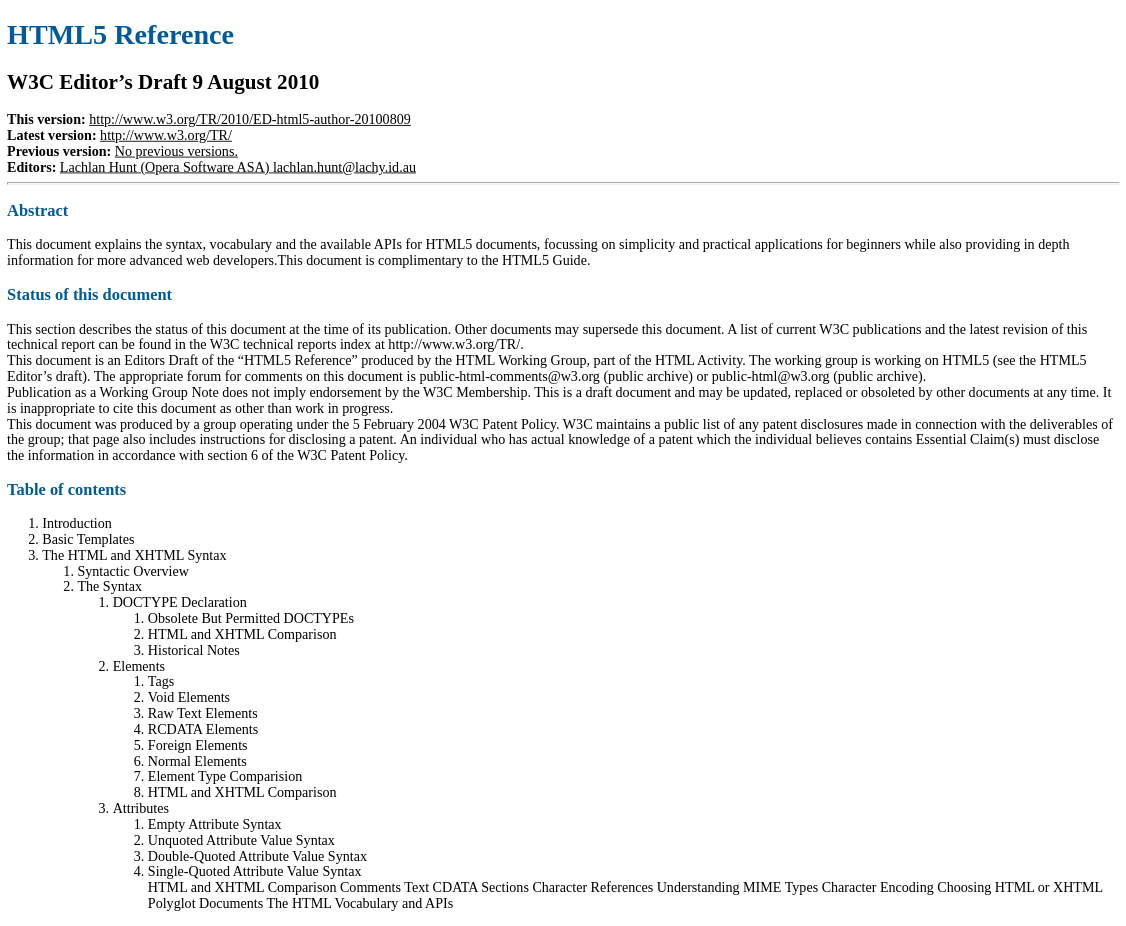
Repository: sinsujung/client
Page: ClientTest/src/main/webapp/문제/ex05.html
These files come from the project's save history. The page is drawn as it stood at one moment and after the next save; the edit follows.
The browser window is 1280 px wide. The pictures show the whole page, at 88% of full size.

Above is the page before, as saved 2023-09-20 08:31:00.

### ClientTest/src/main/webapp/문제/ex05.html
<!DOCTYPE html>
<html>
<head>
<meta charset="UTF-8">
<title>Insert title here</title>
</head>
<body>
<h1><font color="#005A9C">HTML5 Reference</font></h1>
<h2>W3C Editor’s Draft 9 August 2010</h2>
<strong>This version:</strong>
<u>http://www.w3.org/TR/2010/ED-html5-author-20100809</u>
<br>
<strong>Latest version:</strong>
<u>http://www.w3.org/TR/</u>
<br>
<strong>Previous version:</strong>
<u>No previous versions.</u>
<br>
<strong>Editors:</strong>
<u>Lachlan Hunt (Opera Software ASA) lachlan.hunt@lachy.id.au</u>
<br>
<hr size = "3">
<h3><font color="#005A9C">Abstract</font></h3>
This document explains the syntax, vocabulary and the available APIs for HTML5 documents, focussing on simplicity and practical applications for beginners while also providing in depth information for more advanced web developers.This document is complimentary to the HTML5 Guide.
<br>
<h3><font color="#005A9C">Status of this document</font></h3>
This section describes the status of this document at the time of its publication. Other documents may supersede this document. A list of current W3C publications and the latest revision of this technical report can be found in the W3C technical reports index at http://www.w3.org/TR/.
<br>
This document is an Editors Draft of the “HTML5 Reference” produced by the HTML Working Group, part of the HTML Activity. The working group is working on HTML5 (see the HTML5 Editor’s draft). The appropriate forum for comments on this document is public-html-comments@w3.org (public archive) or public-html@w3.org (public archive).
<br>
Publication as a Working Group Note does not imply endorsement by the W3C Membership. This is a draft document and may be updated, replaced or obsoleted by other documents at any time. It is inappropriate to cite this document as other than work in progress.
<br>
This document was produced by a group operating under the 5 February 2004 W3C Patent Policy. W3C maintains a public list of any patent disclosures made in connection with the deliverables of the group; that page also includes instructions for disclosing a patent. An individual who has actual knowledge of a patent which the individual believes contains Essential Claim(s) must disclose the information in accordance with section 6 of the W3C Patent Policy.
<br>
<h3><font color="#005A9C">Table of contents</font></h3>
<ol>
<li>Introduction</li>
<li>Basic Templates</li>
<li>The HTML and XHTML Syntax </li>
<ol>
<li>Syntactic Overview</li>
<li>The Syntax</li>
<ol>
<li>DOCTYPE Declaration</li>
<ol>
	<li>Obsolete But Permitted DOCTYPEs</li>
	<li>HTML and XHTML Comparison</li>
	<li>Historical Notes</li>
</ol>
<li>Elements</li>
<ol>
	<li>Tags</li>
	<li>Void Elements</li>
	<li>Raw Text Elements</li>
	<li>RCDATA Elements</li>
	<li>Foreign Elements</li>
	<li>Normal Elements</li>
	<li>Element Type Comparision</li>
	<li>HTML and XHTML Comparison</li>
</ol>
<li>Attributes</li>
<ol>
	<li>Empty Attribute Syntax</li>
	<li>Unquoted Attribute Value Syntax</li>
	<li>Double-Quoted Attribute Value Syntax</li>
	<li>Single-Quoted Attribute Value Syntax</li>
HTML and XHTML Comparison
Comments
Text
CDATA Sections
Character References
Understanding MIME Types
Character Encoding
Choosing HTML or XHTML
Polyglot Documents
The HTML Vocabulary and APIs
</ol>
</body>
</html>

After the next save:
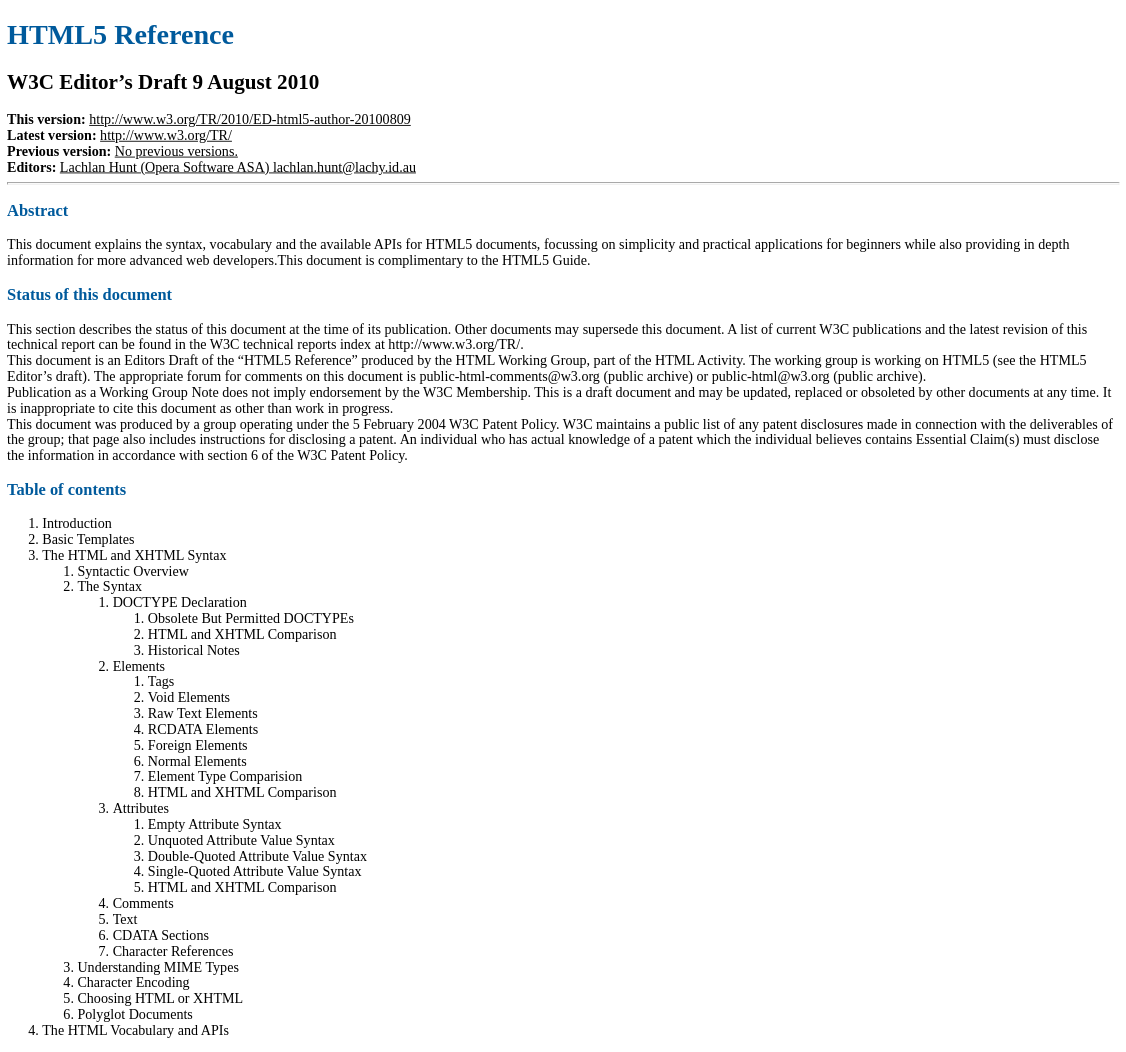
Saved 2 min 5 s later.
--- a/ClientTest/src/main/webapp/문제/ex05.html
+++ b/ClientTest/src/main/webapp/문제/ex05.html
@@ -64,16 +64,19 @@
 	<li>Unquoted Attribute Value Syntax</li>
 	<li>Double-Quoted Attribute Value Syntax</li>
 	<li>Single-Quoted Attribute Value Syntax</li>
-HTML and XHTML Comparison
-Comments
-Text
-CDATA Sections
-Character References
-Understanding MIME Types
-Character Encoding
-Choosing HTML or XHTML
-Polyglot Documents
-The HTML Vocabulary and APIs
+	<li>HTML and XHTML Comparison</li>
+</ol>
+<li>Comments</li>
+<li>Text</li>
+<li>CDATA Sections</li>
+<li>Character References</li>
+</ol>
+<li>Understanding MIME Types</li>
+<li>Character Encoding</li>
+<li>Choosing HTML or XHTML</li>
+<li>Polyglot Documents</li>
+</ol>
+<li>The HTML Vocabulary and APIs</li>
 </ol>
 </body>
 </html>
